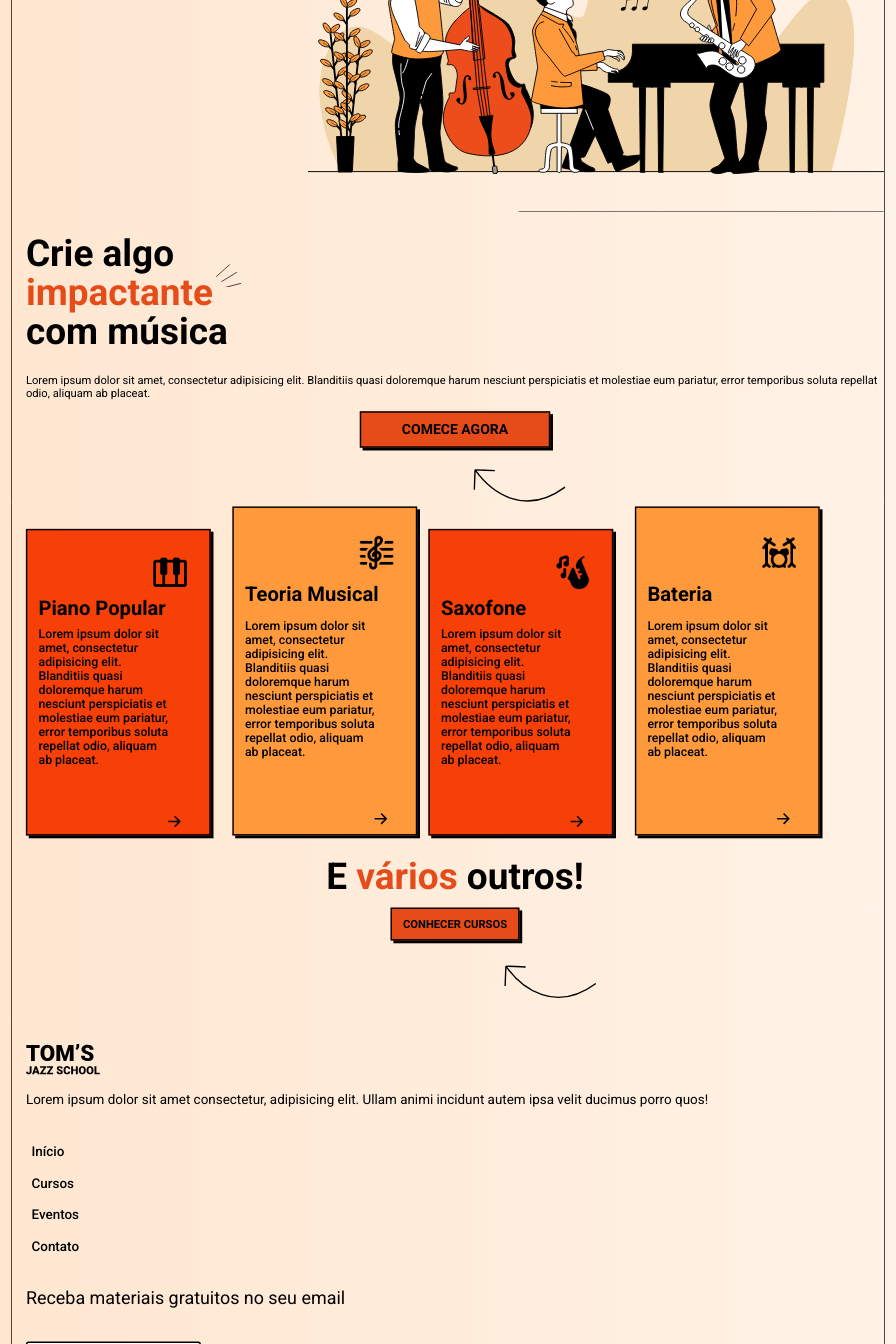
Repository: guilhermecardoso93/obebitecode
Page: index.html
The author's editor kept a copy of each file at every save. The page is drawn from the files as they stood at one save, then again after the next save.
The browser window is 1280 px wide. The pictures show the part of the page from y = 521 to 2441 px (the page is 2579 px tall), at 70% of full size.

Above is the page before, as saved 2023-08-16 21:06:16.

### index.html
<!DOCTYPE html>
<html lang="pt-BR">
  <head>
    <meta charset="UTF-8" />
    <meta name="viewport" content="width=device-width, initial-scale=1.0" />
    <link rel="preconnect" href="https://fonts.googleapis.com" />
    <link rel="preconnect" href="https://fonts.gstatic.com" crossorigin />
    <link
      href="https://fonts.googleapis.com/css2?family=Roboto:wght@400;500;700&display=swap"
      rel="stylesheet" />
    <link rel="stylesheet" href="css/style.css" />
    <title>Tom's Jazz School</title>
  </head>
  <body>
    <header>
      <img src="./assets/logo.svg" alt="Logo da Tom's Jazz School" />
      <nav class="mt-1 mx-auto">
        <a href="/"><span>Início</span></a>
        <a href="/"><span>Cursos</span></a>
        <a href="/"><span>Eventos</span></a>
        <a href="/"><span>Contato</span></a>
      </nav>
      <a href="/" class="subscribeButton subscribeButton mt-1 mx-auto mb-1">Se Inscreva</a>
    </header>

    <main>
      <section class="hero-section">
        <img src="./assets/hero-img.svg" alt="Banda de Jazz Tocando" />
        <div>
          <h1 class="mt-2">
            Crie algo <span class="text-primary decoration">impactante</span> com música
          </h1>
          <p class="mt-2 mb-2"></p>
            Lorem ipsum dolor sit amet, consectetur adipisicing elit. Blanditiis
            quasi doloremque harum nesciunt perspiciatis et molestiae eum
            pariatur, error temporibus soluta repellat odio, aliquam ab placeat.
          </p>
          <a href="/" class="subscribeButton mt-1 mx-auto">Comece Agora</a>
        </div>
      </section>
      <section class="hero-section">
        <div class="cards">
          <article class="card">
            <img src="./assets/piano.png" alt="ícone de tecla de piano" />
            <h3>Piano Popular</h3>
            <p>
              Lorem ipsum dolor sit amet, consectetur adipisicing elit.
              Blanditiis quasi doloremque harum nesciunt perspiciatis et
              molestiae eum pariatur, error temporibus soluta repellat odio,
              aliquam ab placeat.
            </p>
            <a href="#">
              <img
                src="./assets/arrow-right.svg"
                alt="svg de seta para direita" />
            </a>
          </article>
          <article class="card">
            <img src="./assets/clef.png" alt="Icone de clave de sol" />
            <h3>Teoria Musical</h3>
            <p>
              Lorem ipsum dolor sit amet, consectetur adipisicing elit.
              Blanditiis quasi doloremque harum nesciunt perspiciatis et
              molestiae eum pariatur, error temporibus soluta repellat odio,
              aliquam ab placeat.
            </p>
            <a href="#">
              <img
                src="./assets/arrow-right.svg"
                alt="svg de seta para direita" />
            </a>
          </article>
          <article class="card">
            <img src="./assets/sax.png" alt="Icone de saxofone" />
            <h3>Saxofone</h3>
            <p>
              Lorem ipsum dolor sit amet, consectetur adipisicing elit.
              Blanditiis quasi doloremque harum nesciunt perspiciatis et
              molestiae eum pariatur, error temporibus soluta repellat odio,
              aliquam ab placeat.
            </p>
            <a href="#">
              <img
                src="./assets/arrow-right.svg"
                alt="svg de seta para direita" />
            </a>
          </article>
          <article class="card">
            <img src="./assets/drums.png" alt="Ícone de bateria" />
            <h3>Bateria</h3>
            <p>
              Lorem ipsum dolor sit amet, consectetur adipisicing elit.
              Blanditiis quasi doloremque harum nesciunt perspiciatis et
              molestiae eum pariatur, error temporibus soluta repellat odio,
              aliquam ab placeat.
            </p>
            <a href="#">
              <img
                src="./assets/arrow-right.svg"
                alt="svg de seta para direita" />
            </a>
          </article>
        </div>
        <div class="rodape-article">
          <h1 class=> E <span>vários</span> outros!</h1>
          <a href="/" class="subscribeButton btn-courses">conhecer cursos</a>
        </div>
      </section>
    </main>
    <footer id="contato">
      <div>
        <img src="./assets/logo.svg" alt="Banda de Jazz Tocando" class="mt-1"/>
        <p>Lorem ipsum dolor sit amet consectetur, adipisicing elit. Ullam animi incidunt autem ipsa velit ducimus porro quos!</p>
      </div>
        <nav class="footer-menu">
            <a href="#inicio"><span>Início</span></a>
            <a href="#cursos"><span>Cursos</span></a>
            <a href="#eventos"><span>Eventos</span></a>
            <a href="#contato"><span>Contato</span></a>
          </nav>
            <label for="email" class="mb-1">Receba materiais gratuitos no seu email</label>
            <input type="email" placeholder="Digite o seu email">
            <a href="/" class="subscribeButton btn-footer">quero conhecer</a>
    </footer>
  </body>
</html>

### css/style.css
@import url("./basics.css");
@import url("./header.css");
@import url("./main.css");
@import url("./footer.css");
@import url("./responsivo.css");

### css/basics.css
* {
  margin: 0;
  padding: 0;
  box-sizing: border-box;
  font-family: "Roboto", sans-serif;
}

:root {
  --color-primary: #ed4d1b;
  --color-secondary: #ff9a3c;
  --color-black: #000;
  --color-white: #fff;
}

body {
  background: linear-gradient(90deg, #ffe7d1 0%, #fff2e6 100%);
  padding: 0 1rem;
}

body,
html {
  overflow-x: hidden !important;
}

a {
  text-decoration: none;
  cursor: pointer;
}

.mt-1 {
  margin-top: 1rem;
}

.mt-2 {
  margin-top: 2rem;
}

.mb-1 {
  margin-bottom: 1rem;
}

.mb-2 {
  margin-bottom: 2rem;
}

.mx-auto {
  margin-left: auto;
  margin-right: auto;
}

.text-primary {
  color: var(--color-primary);
}

.text-center {
  text-align: center;
}

header,
.hero-section,
.courses-section,
footer {
  border-color: --color-black;
  border-style: solid;
  border-width: 0 1px;
  padding: 20px;
}

.subscribeButton {
  border: 2px solid #000;
  box-shadow: 4px 4px 0 #000;
  font-weight: 600;
  display: block;
  background: #e64b1a;
  text-transform: uppercase;
  font-size: 1.25rem;
  padding: 0.75rem 1rem;
  max-width: 17rem;
  position: relative;
  color: var(--color-black);
  text-align: center;
}

.subscribeButton:hover {
  border: 2px solid #e64b1a;
  box-shadow: 4px 4px 0 #e64b1a;
  font-weight: 600;
  display: block;
  color: #e64b1a;
  text-transform: uppercase;
  font-size: 1.25rem;
  padding: 0.75rem 1rem;
  max-width: 17rem;
  position: relative;
  background: var(--color-black);
  text-align: center;
}

span {
  margin: 0;
}

### css/header.css
header img {
  display: block;
  margin: 1rem auto;
}

header nav {
  display: grid;
  grid-template-columns: 1fr 1fr;
  margin-bottom: 1rem;
}

nav a {
  color: var(--color-black);
  font-size: 1.25rem;
  padding: 0.5rem;
  text-decoration: none;
  text-weight: bold;
}

nav a span:hover {
  border-bottom: 3px solid #000;
}

header nav a:nth-child(2n-1) {
  text-align: right;
}

### css/main.css
.hero-section {
  padding-right: 0;
  padding-bottom: 5rem;
}

.hero-section img {
  display: block;
  margin: 1.25rem 0 0 auto;
  max-width: 100%;
}

h1 {
  font-size: 3.3rem;
  line-height: 105%;
  font-weight: 700;
}

h2 {
  font-size: 2.5rem;
}

.hero-section p {
  font-size: 1.25rem;
  padding-right: 1.25rem;
}

.hero-section .subscribeButton {
  position: relative;
}

.hero-section .subscribeButton::after {
  content: "";
  background: url("../assets/arrow-curve.svg") no-repeat;
  display: block;
  content: "";
  width: 100%;
  height: 50px;
  position: absolute;
  top: 5rem;
  left: 10rem;
}

.decoration {
  display: block;
  color: #e64b1a;
  position: relative;
}

.decoration::after {
  content: "";
  background: url("../assets/three-dashes.svg");
  position: absolute;
  top: -1rem;
  height: 36px;
  width: 40px;
}

.courses-section {
  display: grid;
  justify-content: center;
  gap: 20px;
  margin-top: -5rem;
  border-top: none;
}

.card {
  background: #f73f08;
  display: grid;
  justify-content: center;
  align-items: center;
  padding: 1rem 2rem 0 1rem;
  max-width: 16.5rem;
  gap: 10px;
  box-shadow: 4px 4px 0 #000;
  border: 2px solid #000;
}

.card h3 {
  font-size: 1.8rem;
  font-weight: 600;
}

.card p {
  font-size: 1.1rem;
  font-weight: 500;
  margin-bottom: 30px;
}

.card a {
  margin-left: 11rem;
}

.card:nth-child(2n) {
  margin-left: 0.935rem;
  background: #ff9a3c;
}

.rodape-article {
  display: flex;
  flex-direction: column;
  align-items: center;
  gap: 15px;
  font-weight: 900;
  font-size: 2.5rem;
  margin: 2rem 0;
}

.rodape-article span {
  color: #e64b1a;
}

.btn-courses {
  max-width: 13rem;
  font-size: 1rem;
}

.btn-courses:hover {
  max-width: 13rem;
  font-size: 1rem;
}

### css/footer.css
footer {
  display: grid;
  gap: 10px;
}
footer h1 {
  font-size: 1.5rem;
  text-transform: uppercase;
  font-weight: 900;
}

footer span {
  font-size: 3rem;
}

footer p {
  margin-top: 20px;
  font-size: 1.2rem;
}

.footer-menu {
  display: flex;
  flex-direction: column;
  gap: 5px;
  margin: 2rem 0;
}

.footer-menu a span {
  font-size: 1.2rem;
  font-weight: 500;
}

.footer-menu a span:hover {
  border-bottom: 3px solid #000;
}

footer label {
  font-size: 1.6rem;
  line-height: 1;
}
footer input {
  border-radius: 4px;
  padding: 0 10px;
  margin: 1.5rem 0;
  width: 250px;
  height: 40px;
  border: 2px solid #000;
  box-shadow: 4px 4px 0 #000;
}
footer input::placeholder {
  color: #414040;
  font-size: 1rem;
  font-weight: 900;
}

.btn-footer {
  font-size: 1rem;
  max-width: 13rem;
}

.btn-footer:hover {
  font-size: 1rem;
  max-width: 13rem;
}

### css/responsivo.css
@media screen and (min-width: 40rem) {
  header nav {
    display: block;
    text-align: center;
  }

  .cards {
    display: flex;
    flex: 1;
    flex-wrap: wrap;
  }

  .card:nth-child(2n) {
    margin-top: -1rem;
    margin-right: 1rem;
  }

  .card:nth-child(2n-1) {
    margin-top: 1rem;
    margin-right: 1rem;
  }

}

After the next save:
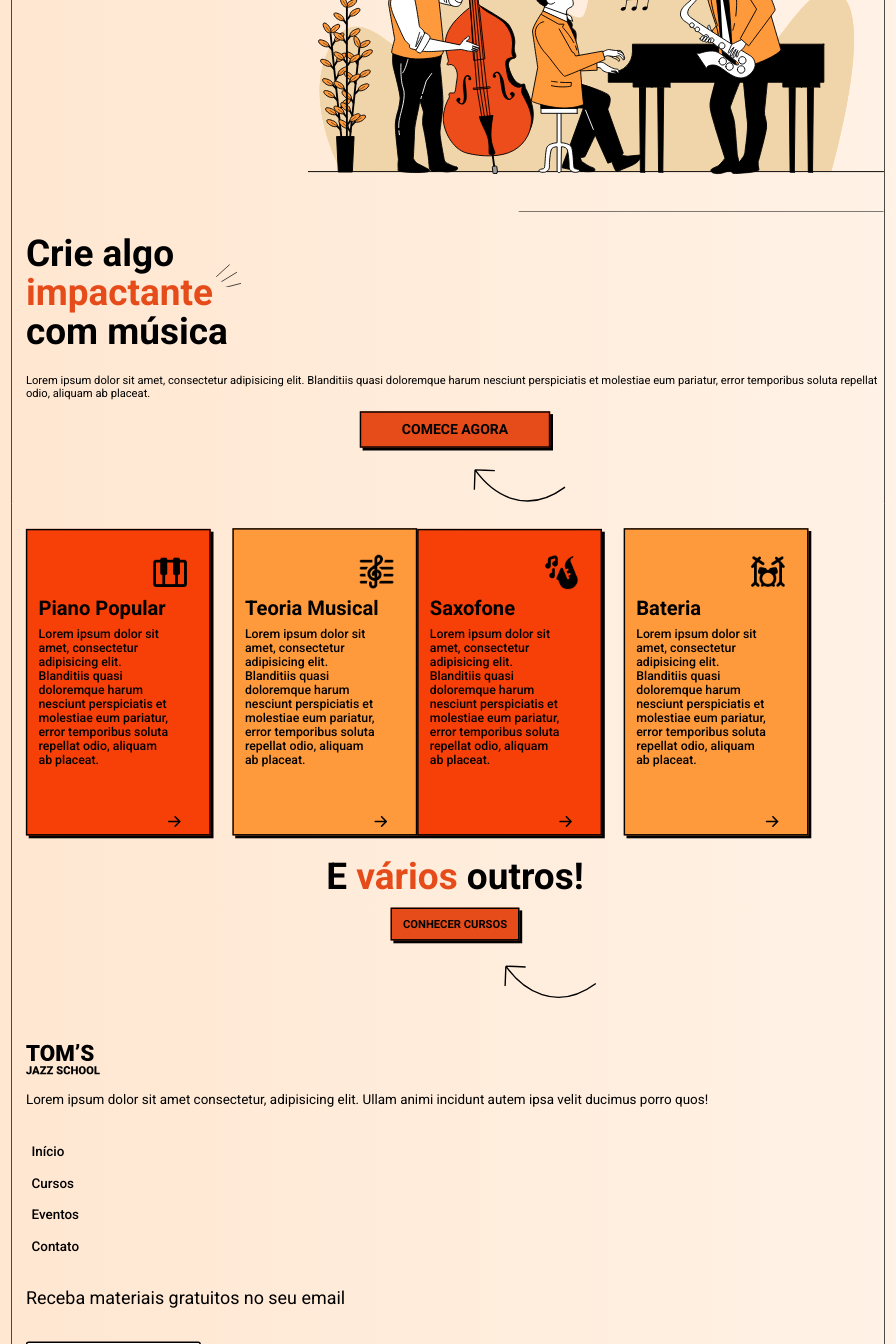
Saved 12 s later.
--- a/css/responsivo.css
+++ b/css/responsivo.css
@@ -11,8 +11,7 @@
   }
 
   .card:nth-child(2n) {
-    margin-top: -1rem;
-    margin-right: 1rem;
+    margin-top: 0.935rem;
   }
 
   .card:nth-child(2n-1) {
